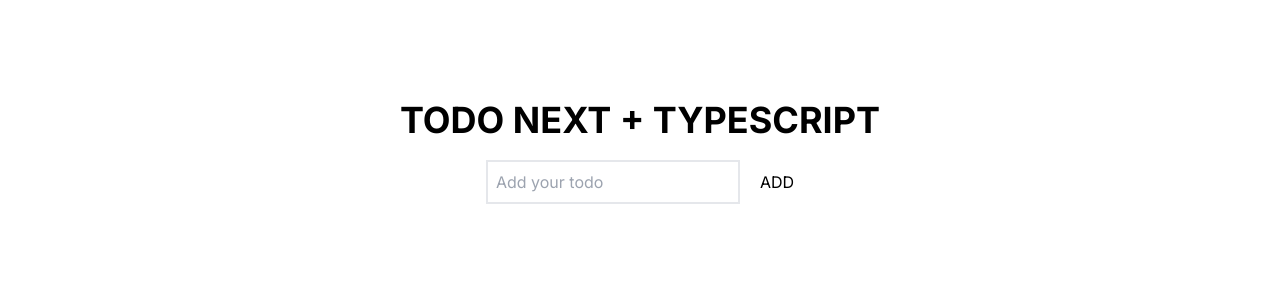
Repository: mehh000/next-ts-todo
Page: /
The author's editor kept a copy of each file at every save. The page is drawn from the files as they stood at one save, then again after the next save.
The browser window is 1280 px wide. The pictures show the whole page.
The project was rebuilt for these pictures with package versions that can differ from the ones it lists, and the page was loaded fresh each time. The framework's server and built-in components were replaced by stand-ins that run in the browser. Also part of the build but not shown: next.config.mjs.

Above is the page before, as saved 2024-06-15 19:50:54.

After the next save:
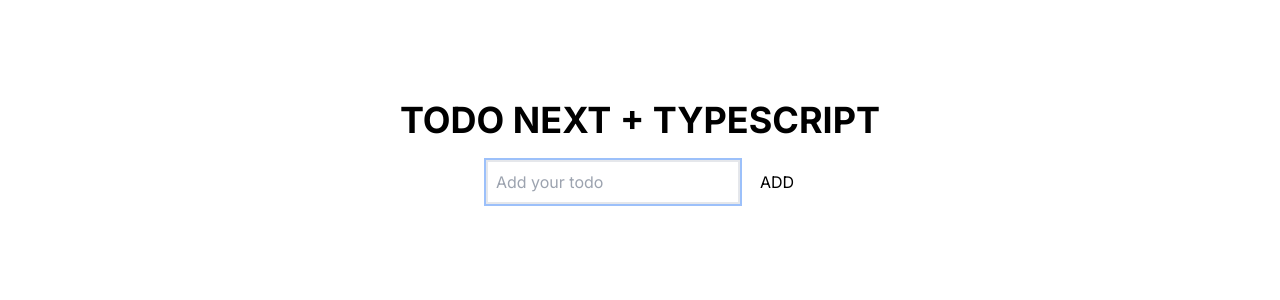
Saved 5 s later.
--- a/src/components/add-todo.tsx
+++ b/src/components/add-todo.tsx
@@ -21,7 +21,7 @@ const AddTODO: React.FC = () => {
       <input
         type="text"
         placeholder="Add your todo"
-        className=" border-2 text-1xl p-2 rin "
+        className=" border-2 text-1xl p-2 ring-2 "
         value={todo}
         onChange={(event) => setTodo(event.target.value)}
       />
